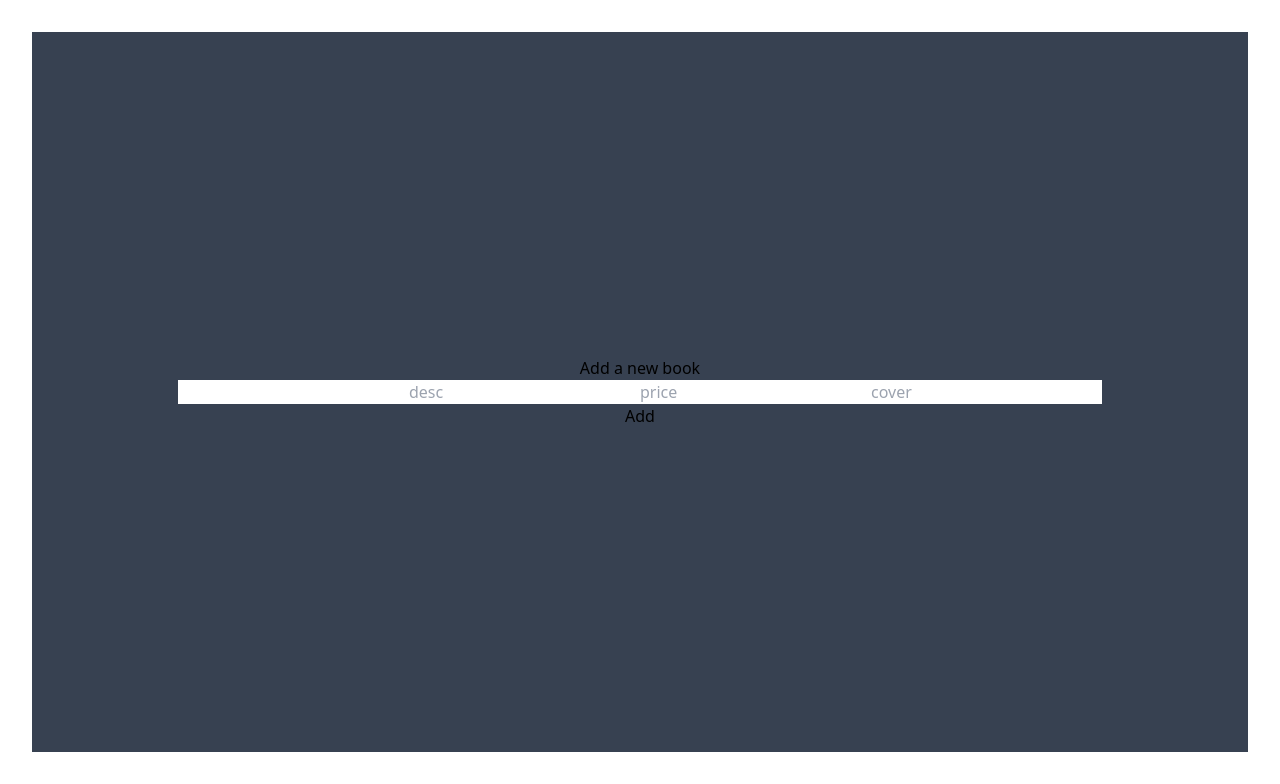
Repository: Vasil1001/fullstack-nutrition-tracker
Page: /add (app in frontend/)
An editor plug-in stored every save of this project. The page is shown before and after the next save, followed by the edit.
The browser window is 1280 px wide. The pictures show the whole page.
The project was rebuilt for these pictures with package versions that can differ from the ones it lists, and the page was loaded fresh each time. Also part of the build but not shown: frontend/vite.config.js, frontend/src/pages/Books.jsx, frontend/src/pages/Update.jsx.

Above is the page before, as saved 2023-05-21 16:12:43.

### frontend/src/App.jsx
import { useState } from 'react'
import reactLogo from './assets/react.svg'
import viteLogo from '/vite.svg'
import './App.css'
import { BrowserRouter, Routes, Route } from 'react-router-dom'
import Books from './pages/Books'
import Add from './pages/Add'
import Update from './pages/Update'

function App() {
  return (
    <div className="bg-gray-700">
      <div className="max-w-screen mx-auto flex min-h-screen flex-col justify-center bg-gray-700 px-10 xl:w-10/12  ">
        <BrowserRouter>
          <Routes>
            <Route path="/" element={<Books />} />
            <Route path="/add" element={<Add />} />
            <Route path="/update" element={<Update />} />
          </Routes>
        </BrowserRouter>
      </div>
    </div>
  )
}

export default App

### frontend/src/pages/Add.jsx
import axios from 'axios'
import React, { useState } from 'react'
import { useNavigate } from 'react-router-dom'

export default function Add() {
  const [book, setBook] = useState({
    title: '',
    desc: '',
    price: 'null',
    cover: '',
  })

  const navigate = useNavigate()

  const handleChange = (e) => {
    setBook((prev) => ({ ...prev, [e.target.name]: e.target.value }))
  }

  const handleClick = async e => {
    e.preventDefault()

    try {
        await axios.post('http://localhost:8080/books', book)
        navigate('/')
    } catch (error) {
        console.log(error)
    }
  }

  console.log(book)

  return (
    <div className="justify-center items-center mx-auto">
      <h1>Add a new book</h1>
      <input type="text" palceholder="title" name="title" onChange={handleChange} />
      <input type="text" placeholder="desc" name="desc" onChange={handleChange} />
      <input type="number" placeholder="price" name="price" onChange={handleChange} />
      <input type="text" placeholder="cover" name="cover" onChange={handleChange} />
      <button onClick={handleClick}>Add</button>
    </div>
  )
}

### frontend/tailwind.config.js
/** @type {import('tailwindcss').Config} */
export default {
  content: [
    "./index.html",
    "./src/**/*.{js,ts,jsx,tsx}",
  ],
  theme: {
    extend: {},
  },
  plugins: [require("tailwindcss-animate")],
}

Loaded but not shown: frontend/index.html (common file); frontend/src/main.jsx (common file); frontend/src/index.css (common file); frontend/src/App.css (common file)

After the next save:
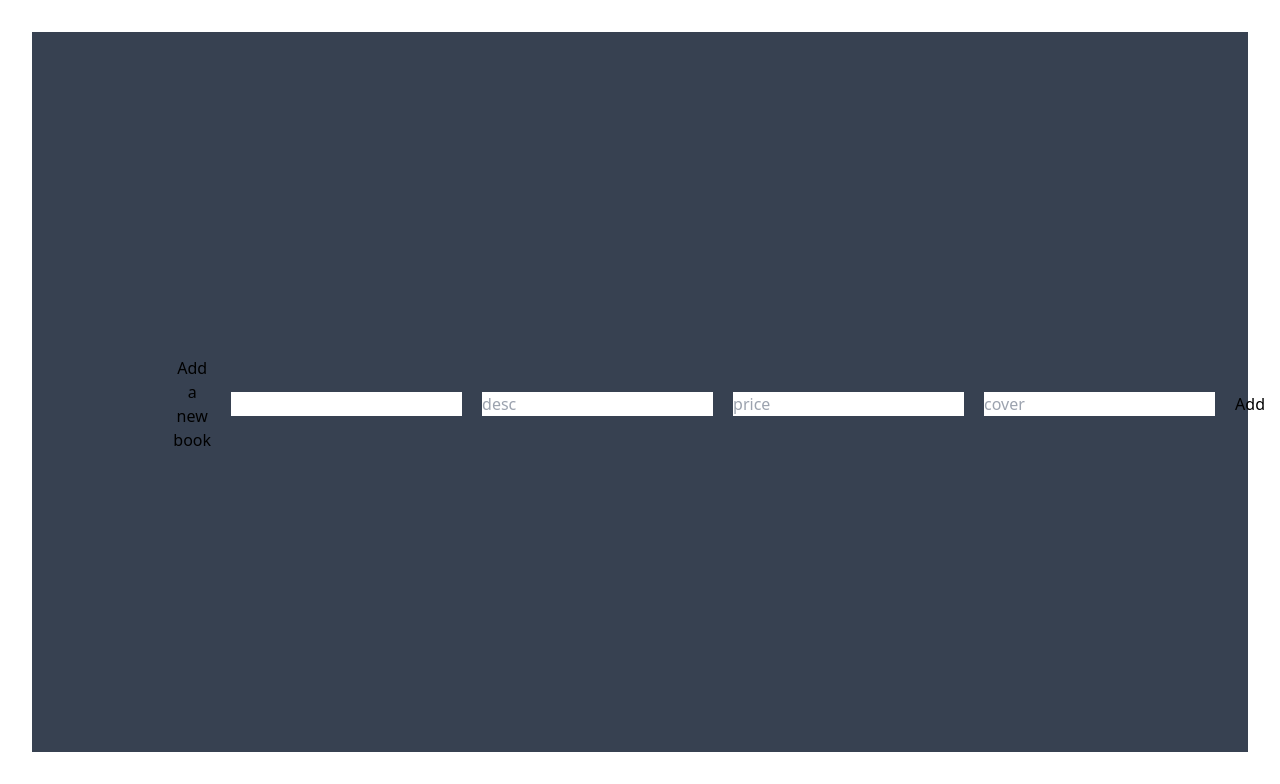
Saved 24 s later.
--- a/frontend/src/pages/Add.jsx
+++ b/frontend/src/pages/Add.jsx
@@ -30,7 +30,7 @@ export default function Add() {
   console.log(book)
 
   return (
-    <div className="justify-center items-center mx-auto">
+    <div className="justify-center items-center mx-auto flex gap-5 mt-6 justify-center">
       <h1>Add a new book</h1>
       <input type="text" palceholder="title" name="title" onChange={handleChange} />
       <input type="text" placeholder="desc" name="desc" onChange={handleChange} />
